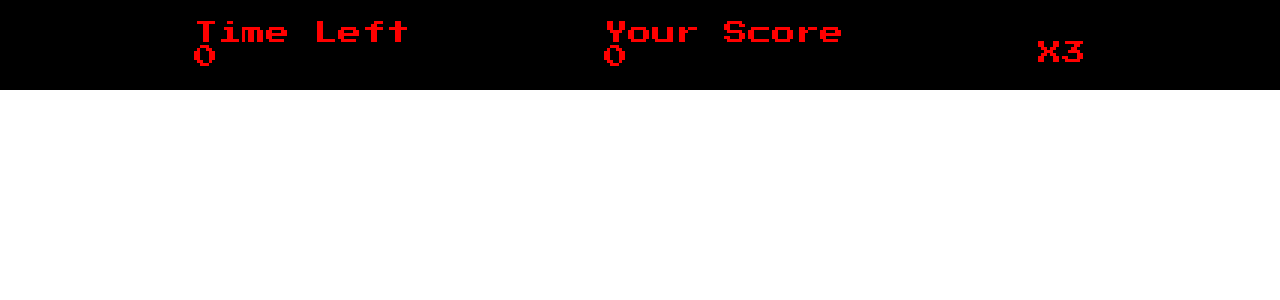
Repository: marcioresidenty/DetonaRalph
Page: DetonaHalph/Webapp/index.html
An editor plug-in stored every save of this project. The page is shown before and after the next save, followed by the edit.
The browser window is 1280 px wide. The pictures show the whole page.

Above is the page before, as saved 2024-11-12 16:21:05.

After the next save:
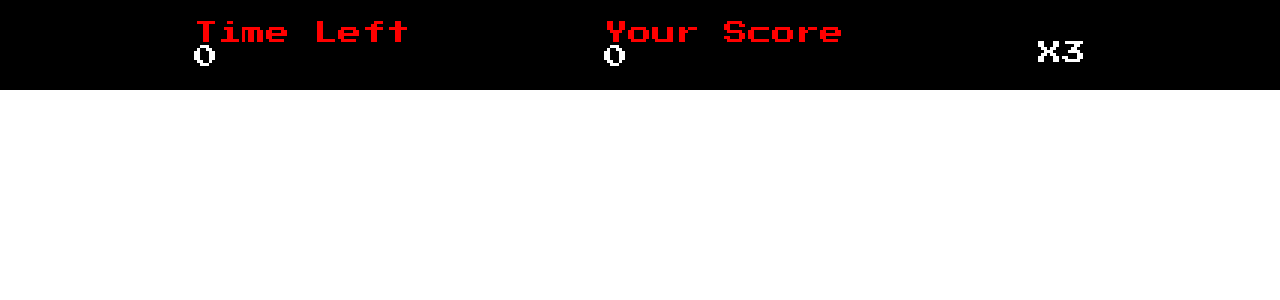
Saved 2 min 32 s later.
--- a/DetonaHalph/Webapp/styles/reset.css
+++ b/DetonaHalph/Webapp/styles/reset.css
@@ -9,7 +9,6 @@
   font-weight: 400;
   font-style: normal;
 
-  color: red;
 
 }
 
